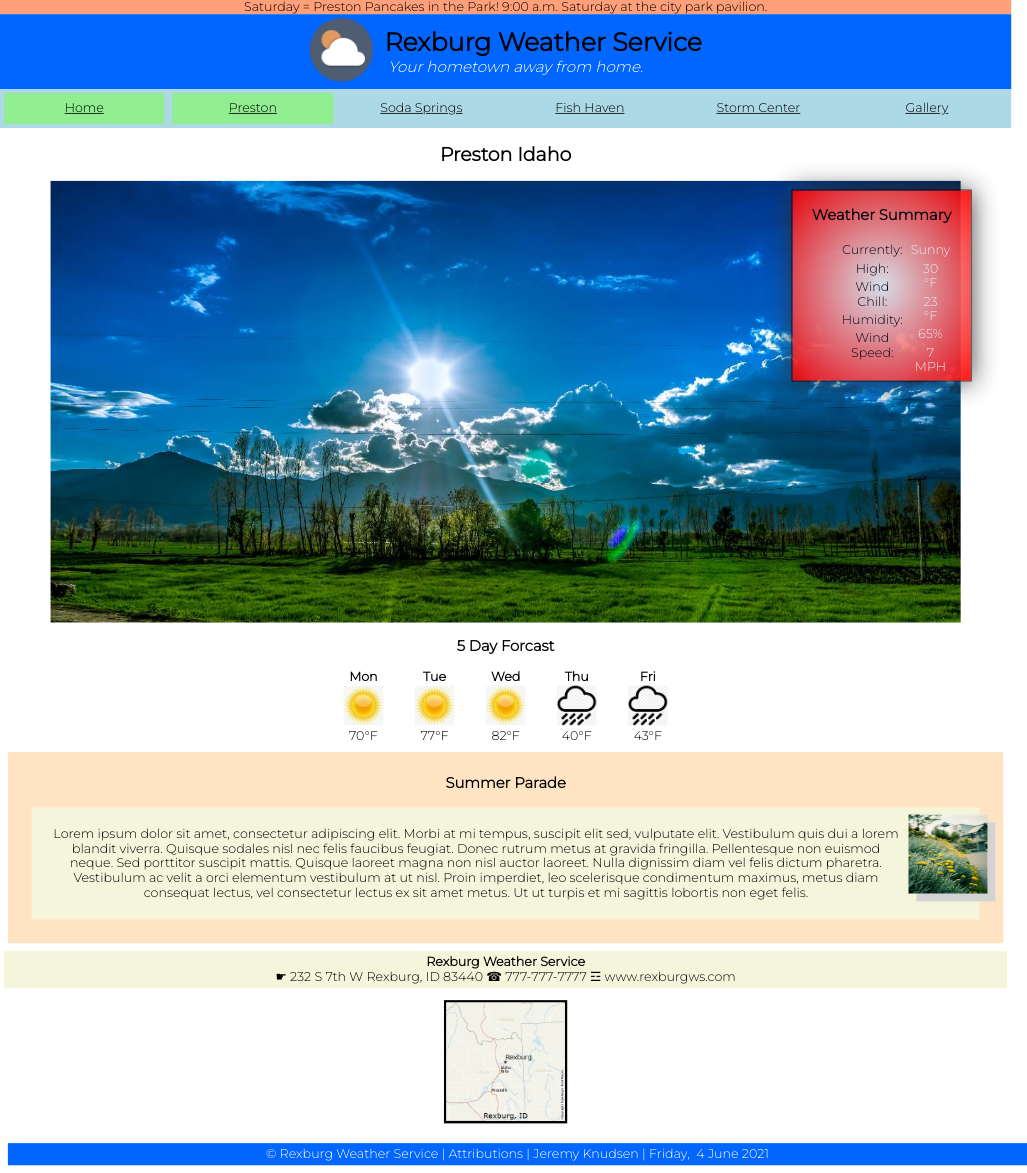
Repository: jknudsen97/jknudsen97.github.io
Page: Lesson06/preston-6.html
These files come from the project's save history. The page is drawn as it stood at one moment and after the next save; the edit follows.
The browser window is 1280 px wide. The page is 1300 px wide, so the pictures cover 1300 px, including what lies to the right of the window. The pictures show the whole page, at 79% of full size.

Above is the page before, as saved 2021-06-09 11:42:59.

### Lesson06/preston-6.html
<!DOCTYPE html>
<html lang="en">
<head>
    <meta charset="UTF-8">
    <meta http-equiv="X-UA-Compatible" content="IE=edge">
    <meta name="viewport" content="width=device-width, initial-scale=1.0">
    <title>Rexburg Weather Service</title>
    <meta name="description" content="This will be the main preston town page"/>
    <link rel="preconnect" href="https://fonts.gstatic.com">
    <link href="https://fonts.googleapis.com/css2?family=Montserrat:wght@100;300&display=swap" rel="stylesheet">
    <link rel="preconnect" href="https://fonts.gstatic.com">
    <link href="https://fonts.googleapis.com/css2?family=Nunito:wght@300&display=swap" rel="stylesheet">
    <script defer src="js/script.js"></script>
    <script defer src="js/windchill.js"></script>
    <link rel="stylesheet" href="https://cdnjs.cloudflare.com/ajax/libs/normalize/8.0.1/normalize.min.css">
    <link rel="stylesheet" href="css/main.css"/>
    <link rel="stylesheet" href="css/medium.css"/>
    <link rel="stylesheet" href="css/large.css"/>
</head>
<body>
    <div class="banner">Saturday = Preston Pancakes
        in the Park!  9:00 a.m.
        Saturday at the city park pavilion.
    </div>
    <header>
        <picture>
            <img src="images/logo.png" alt="Preston logo">
        </picture>
        <section class="headings">
            <h1>Rexburg Weather Service</h1>
            <div class="motto">Your hometown away from home.</div>
        </section>
    </header>

    <div class="nav">
        <div class="hamburger">
            <span class="bar"></span>
            <span class="bar"></span>
            <span class="bar"></span>
        </div>
        <ul class="menu">
            <li><a href="#home" class="link">Home</a></li>
            <li><a href="#preston" class="current">Preston</a></li>
            <li><a href="#sodaSprings" class="link">Soda Springs</a></li>
            <li><a href="#fishHaven" class="link">Fish Haven</a></li>
            <li><a href="#stormCenter" class="link">Storm Center</a></li>
            <li><a href="#gallery" class="link">Gallery</a></li>
        </ul>
    </div>
    <main>
        <div>
            <h2>Preston Idaho</h2>
            <picture>
                <source srcset="images/wdd230_image200.jpeg" media="(max-width: 500px)">
                <source srcset="images/wdd230_image400.jpeg" media="(max-width: 800px)">
                <source srcset="images/wdd230_image600.jpeg" media="(max-width: 1200px)">
                <img class="stock1" src="images/Original.jpg" alt="Stock Photo 1">
            </picture>
                    <div class="summary">
                        <h3>
                            Weather Summary
                        </h3>
                        <div class="sum-titles">
                            <ul class="sum-data">
                                <li>Currently: </li>
                                <li>High: </li>
                                <li>Wind Chill: </li>
                                <li>Humidity: </li>
                                <li>Wind Speed: </li>
                            </ul>
                            <ul>
                                <li class="s-color">Sunny</li>
                                <li class="s-color"><span id="temp">30</span>&#176;F</li>
                                <li class="s-color"><span id="WC"></span>&#176;F</li>
                                <li class="s-color">65%</li>
                                <li class="s-color"> <span id="speed">7</span>MPH</li>
                            </ul>
                        </div>
                    </div>
                    <div class="weather">
                        <h3>5 Day Forcast</h3>
                        <table class="table">
                            <tr class="days">
                                <th>Mon</th>
                                <th>Tue</th>
                                <th>Wed</th>
                                <th>Thu</th>
                                <th>Fri</th>
                            </tr>
                            <tr>
                                <td><img class="sunny" src="images/sunny.png" alt="Sunny Thumbnail"><span>70&#176;F</span></td>
                                <td><img class="sunny" src="images/sunny.png" alt="Sunny Thumbnail"><span>77&#176;F</span></td>
                                <td><img class="sunny" src="images/sunny.png" alt="Sunny Thumbnail"><span>82&#176;F</span></td>
                                <td><img class="rainy" src="images/rainy.png" alt="Sunny Thumbnail"><span>40&#176;F</span></td>
                                <td><img class="rainy" src="images/rainy.png" alt="Sunny Thumbnail"><span>43&#176;F</span></td>
                            </tr>
                        </table>
                    </div>
                    <div class="background">
                    <h3>Summer Parade</h3>
                    <img class="stock2" src="images/stock2.jpg" alt="Stock Photo 2">
                <div class="fillerText">
                    <p>
                    Lorem ipsum dolor sit amet, consectetur adipiscing elit.
                    Morbi at mi tempus,
                    suscipit elit sed,
                    vulputate elit. Vestibulum quis dui a lorem blandit viverra.
                    Quisque sodales nisl nec felis faucibus feugiat.
                    Donec rutrum metus at gravida fringilla.
                    Pellentesque non euismod neque.
                    Sed porttitor suscipit mattis.
                    Quisque laoreet magna non nisl auctor laoreet.
                    Nulla dignissim diam vel felis dictum pharetra.
                    Vestibulum ac velit a orci elementum vestibulum at ut nisl.
                    Proin imperdiet, leo scelerisque condimentum maximus,
                    metus diam consequat lectus,
                    vel consectetur lectus ex sit amet metus.
                    Ut ut turpis et mi sagittis lobortis non eget felis.
                    </p>
                </div>
            </div>
        </div>
        <div class="contact">
            <p class="contact-info"><b>Rexburg Weather Service</b>
            &#9755;	232 S 7th W
            Rexburg, ID 83440
            &#9742; 777-777-7777
            &#9778; www.rexburgws.com</p>
        </div>
        <div class="map">
            <img class="map2" src="images/map.png" alt="Rexburg Map">
        </div>
    </main>
    <footer>
        <div>&copy; Rexburg Weather Service | Attributions | Jeremy Knudsen |&nbsp;</div>
        <div class="current2">
            <span id="currentDayofWeek"></span>, &nbsp;
            <span id="currentDay"></span> &nbsp; <span id="currentMonth"></span> &nbsp;
            <span id="currentYear"></span>
        </div>
    </footer>
</body>
</html>

### Lesson06/css/main.css
header {
    background-color: #0066ff;
    padding: 5px;
    display: flex;
    align-items: center;
    justify-content: center;
}

header img{
    width: 50px;
    height: auto;
}

body{
    font-family: 'Montserrat', sans-serif;
}

main{
    text-align: center;
}

p{
    justify-content: center;
    background-color: beige;
    padding: 25px;
    margin: 20px;
}

.headings {
    display: flex;
    flex-direction: column;
}

.headings h1{
    font-size: 2em;
    margin: 0 0 0 15px;
}

.motto{
    font-style: italic;
    color: white;
    margin-left: 20px;
    font-size: 1.2rem;
}

.nav{
    overflow: hidden;
    background-color: lightblue;
    position: relative;
}

.menu{
    overflow: hidden;
    display: none;
}

.menu li{
    list-style: none;
    text-decoration: none;
    flex: 1;
    text-align: center;
    justify-content: center;
    box-sizing: border-box;
    line-height: 1.5rem;
}

.menu a{
    color: black;
    justify-content: space-between;
    text-align: center;
    list-style-type: none;
    flex-direction: row;
    align-items: center;
    display: block;
}

.active{
    display: block;
    padding: 0px;
}

a.link, a.current{
    padding: 7.5px;
}

.nav a.icon{
    background: black;
    display: block;
    position: absolute;
    right: 0;
    top: 0;
}

.hamburger{
    display: none;
}

.bar{
    display: block;
    width: 25px;
    height: 3px;
    margin: 5px auto;
    -webkit-transition: all 0.3s ease-in-out;
    transition: all 0.3s ease-in-out;
    background-color: black;
}

footer {
    margin: 10px;
    color: white;
    background-color: #0066ff;
    padding: 5px;
    display: flex;
    align-items: center;
    justify-content: center;
    flex-direction: column;
}

.hamburger{
    display: block;
    cursor: pointer;
}

.hamburger.active .bar:nth-child(2) {
    opacity: 0;
}

.hamburger.active .bar:nth-child(1) {
    transform: translateY(8px) rotate(45deg);
}

.hamburger.active .bar:nth-child(3) {
    transform: translateY(-8px) rotate(-45deg);
}

.header img{
    width: 120px;
    height: auto;
}

/*Lesson05*/

.stock1{
    display: block;
    align-items: center;
    margin-left: auto;
    margin-right: auto;
    max-width: 95%;
    height: auto;
    position: relative;
}

.stock2{
    box-shadow: 10px 10px lightgray;
    margin: 10px;
    float: right;
    width: 100px;
    height: 100px;
}

.fillertext{
    padding: 15px;
    margin: 10px;
    text-align: justify;
}

.background{
    justify-content: center;
    display: block;
    background-color: bisque;
    padding: 10px;
    margin: 10px;
}

.weather{
    display: none;
}

.contact-info{
    margin: 5px;
    padding: 5px;
    display: flex;
    flex-direction: column;
}

.map{
    display: none;
}

ul{
    padding: 0;
    margin: 0;
    list-style-type: none;
}

li{
    margin: 5px;
}

div.summary{
    top: 240px;
    right: 50px;
    background: radial-gradient(#eee, red);
    border: 1px solid #000;
    padding: 0.15rem;
    box-shadow: 0 0 30px #333;
    opacity: .9;
}

.s-color{
    color: white;
}

.banner{
    text-align: center;
    background-color: lightsalmon;
    margin-left: auto;
    margin-right: auto;
}

td{
    padding-right: 20px;
    padding-left: 20px;
}

tr{
    padding: 5px;
    clear: both;
    overflow: hidden;
    white-space: nowrap;
}

.sum-titles{
    display: grid;
    grid-template-columns: 1fr 1fr;
}

### Lesson06/css/medium.css
@media only screen and (min-width: 32.5em){
    .menu{
        display: flex;
    }

    header img{
        width: 80px;
        height: auto;
    }

    .headings h1{
        font-size: 2rem;
    }

    .hamburger{
        display: none;
    }

    footer{
        margin: 10px;
        flex-direction: row;
        width: 100%;
    }

    /*Lesson05*/

    .stock1{
        width: 50%;
        height: 10%;
    }

    .weather{
        display: contents;
    }

    .table{
        border-collapse: collapse;
        margin-left: auto;
        margin-right: auto;
    }

    th, td{
        border: 1px black;
    }

    .sunny{
        width: 50px;
        height: 50px;
    }

    .rainy{
        width: 50px;
        height: 50px;
    }

    span{
        display: block;
    }

    .current2{
        display: flex;
        flex-direction: row;
    }

    .map{
        display: contents;
    }

    .map2{
        position: static;
        width: 150px;
        height: 150px;
        margin: 10px;
        border-style: solid;
        border-color: black;
    }

    .summary{
        top: 275px;
        right: 50px;
        position: absolute;
    }

    .sum-titles{
        position: static;
        border-collapse: collapse;
        margin-left: auto;
        margin-right: auto;
        max-width: 50%;
        height: auto;
    }

    .nav a:active{
        background-color: white;
    }

    .nav a:hover{
        background-color: green;
        color: white;
    }


    .current {
        background:lightgreen;
      }
}

### Lesson06/css/large.css
@media only screen and (min-width: 60em){
    .menu{
        display: flex;
        top: 5rem;
        border-radius: 10px;
        justify-content: space-between;
        width: 100%;
        transition: 0.3s;
    }

    .stock1{
        width: 90%;
    }
}

### Lesson06/js/script.js
const hamburger = document.querySelector(".hamburger");
const menu = document.querySelector(".menu");
hamburger.addEventListener("click", mobileMenu);

function mobileMenu() {
    hamburger.classList.toggle("active");
    menu.classList.toggle("active");
}

const link = document.querySelectorAll(".link");
link.forEach(n => n.addEventListener("click", closeMenu));

function closeMenu(){
    hamburger.classList.remove("active");
    menu.classList.remove("active");
}

var d = new Date();
var weekday = new Array(7);
weekday[0] = "Sunday";
weekday[1] = "Monday";
weekday[2] = "Tuesday";
weekday[3] = "Wednesday";
weekday[4] = "Thursday";
weekday[5] = "Friday";
weekday[6] = "Saturday";

var n = weekday[d.getDay()];
document.querySelector("#currentDayofWeek").innerHTML = n;

var n = d.getDate();
document.querySelector("#currentDay").innerHTML = n;

var month = new Array();
month[0] = "January";
month[1] = "February";
month[2] = "March";
month[3] = "April";
month[4] = "May";
month[5] = "June";
month[6] = "July";
month[7] = "August";
month[8] = "September";
month[9] = "October";
month[10] = "November";
month[11] = "December";

var n = month[d.getMonth()];
document.querySelector("#currentMonth").innerHTML = n;

var n = d.getFullYear();
document.querySelector("#currentYear").innerHTML = n;

//Lesson05

/*var header = document.querySelector("#nav");
var btns = header.getElementsByClassName("link");
for (var i = 0; i < btns.length; i++) {
  btns[i].addEventListener("click", function() {
  var current = document.getElementsByClassName("active");
  if (current.length > 0) {
    current[0].className = current[0].className.replace(" active", "");
  }
  this.className += " active";
  });
}*/

const current = 0;
for (var i = 0; i < document.links.length; i++) {
    if (document.links[i].href === document.URL) {
        current = i;
    }
}
document.links[current].className = 'current';

let thedate = new Date();
const friday = thedate.getDay();
const banner = document.querySelector('.banner');

if (thedate.getDay() == 5)
{
  document.querySelector('.banner').style.display = 'block';
}
else
{
  banner.style.display = "none";
}

### Lesson06/js/windchill.js
let temp = document.querySelector('#temp').innerHTML;
let speed = document.querySelector('#speed').innerHTML;

function windChill(t, s)
{
    let wChill = 35.74 + (0.6215 * t) - (35.75 * Math.pow(s, 0.16)) + (0.4275 * t) * (Math.pow(s, 0.16));
    return Math.round(wChill);
}

if (temp <= 50 && speed >= 3)
{
    let wc = windChill(temp, speed);
    document.querySelector('#WC').textContent = wc;
}

else
{
    let wc = "N/A";
    document.querySelector("#WC").textContent = wc;
}

After the next save:
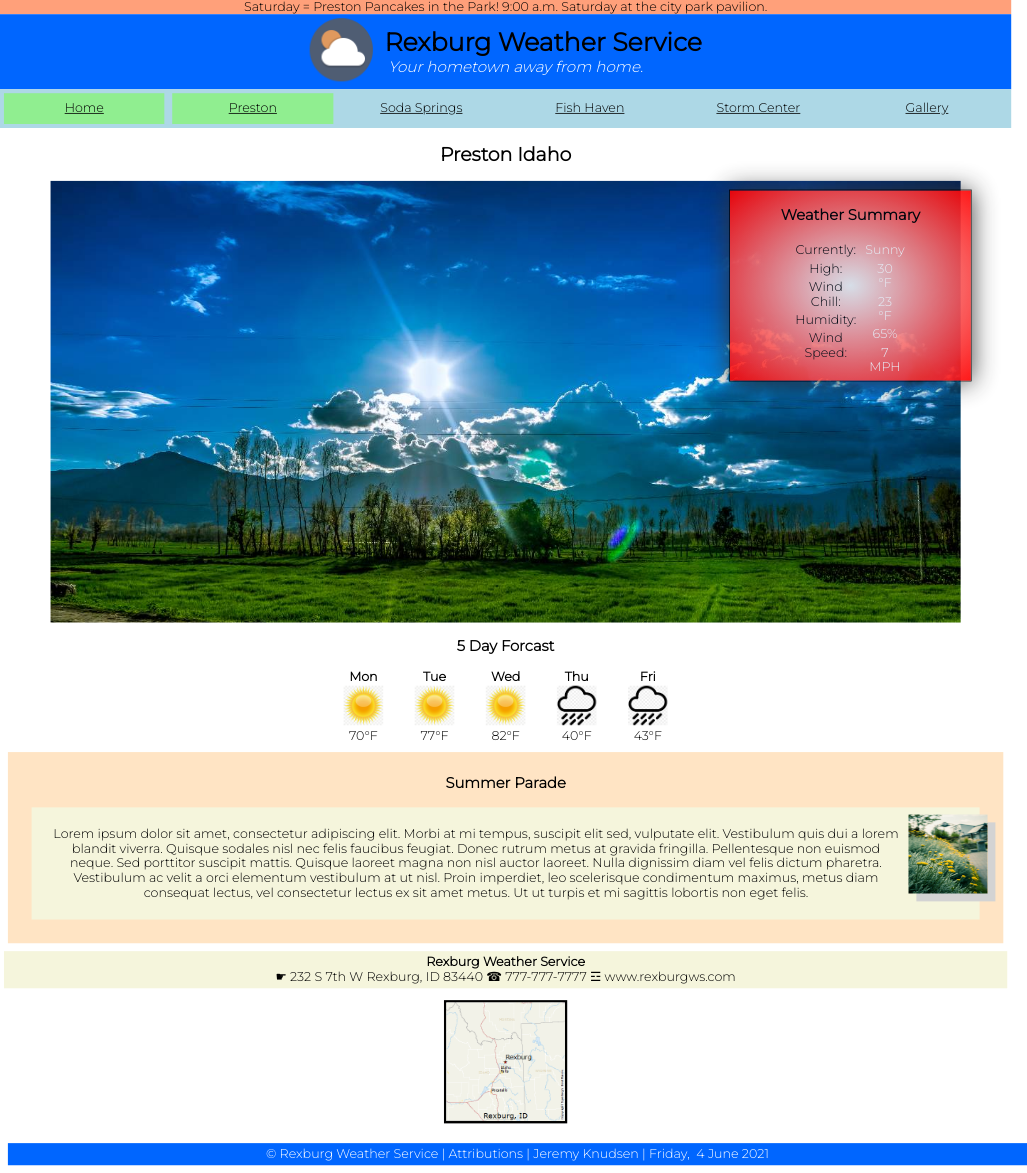
Saved 4 min 45 s later.
--- a/Lesson06/css/main.css
+++ b/Lesson06/css/main.css
@@ -205,6 +205,8 @@
     padding: 0.15rem;
     box-shadow: 0 0 30px #333;
     opacity: .9;
+    width: 300px;
+    height: auto;
 }
 
 .s-color{

After the save that followed:
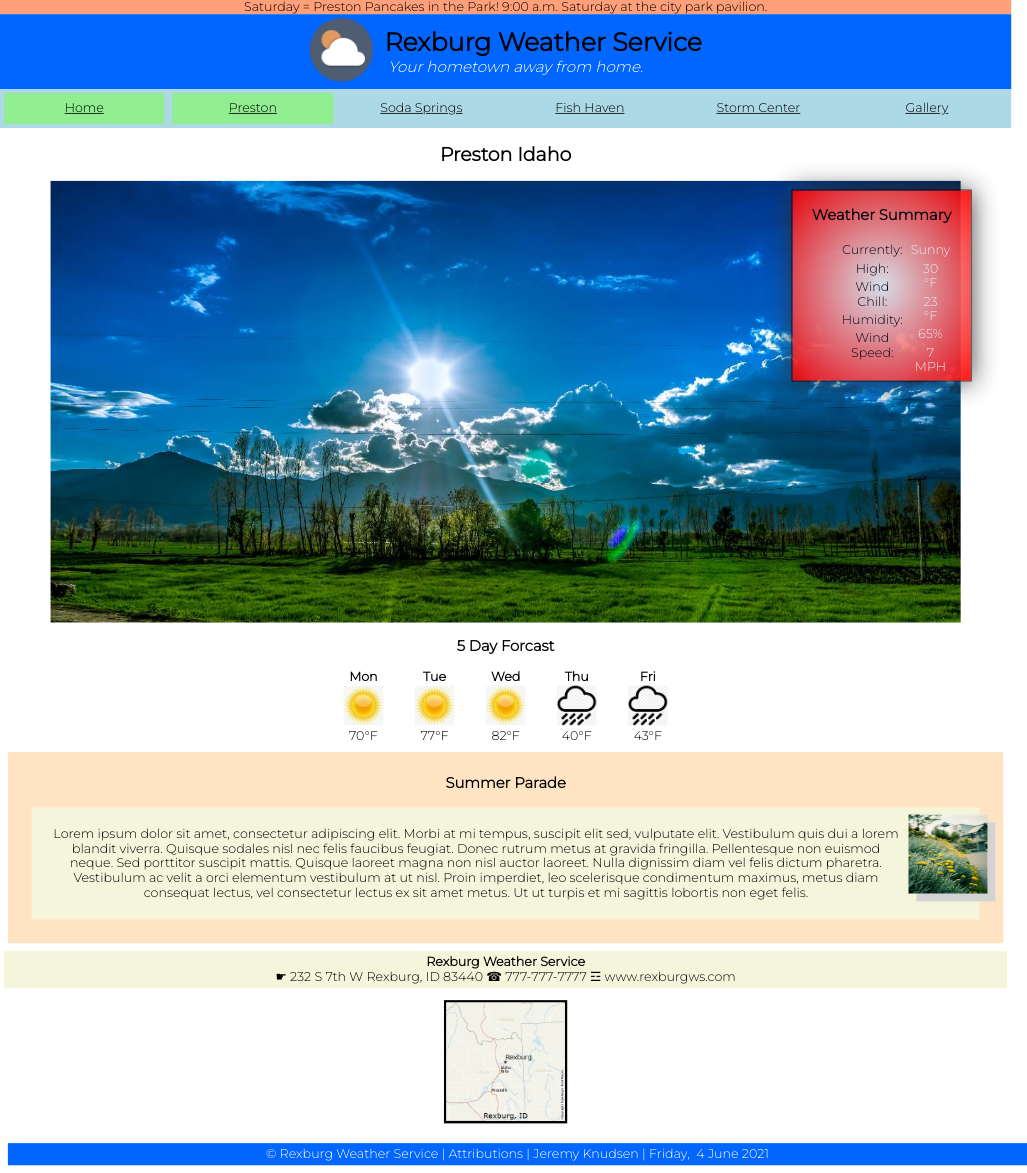
Saved 9 s later.
--- a/Lesson06/css/main.css
+++ b/Lesson06/css/main.css
@@ -205,8 +205,6 @@
     padding: 0.15rem;
     box-shadow: 0 0 30px #333;
     opacity: .9;
-    width: 300px;
-    height: auto;
 }
 
 .s-color{
